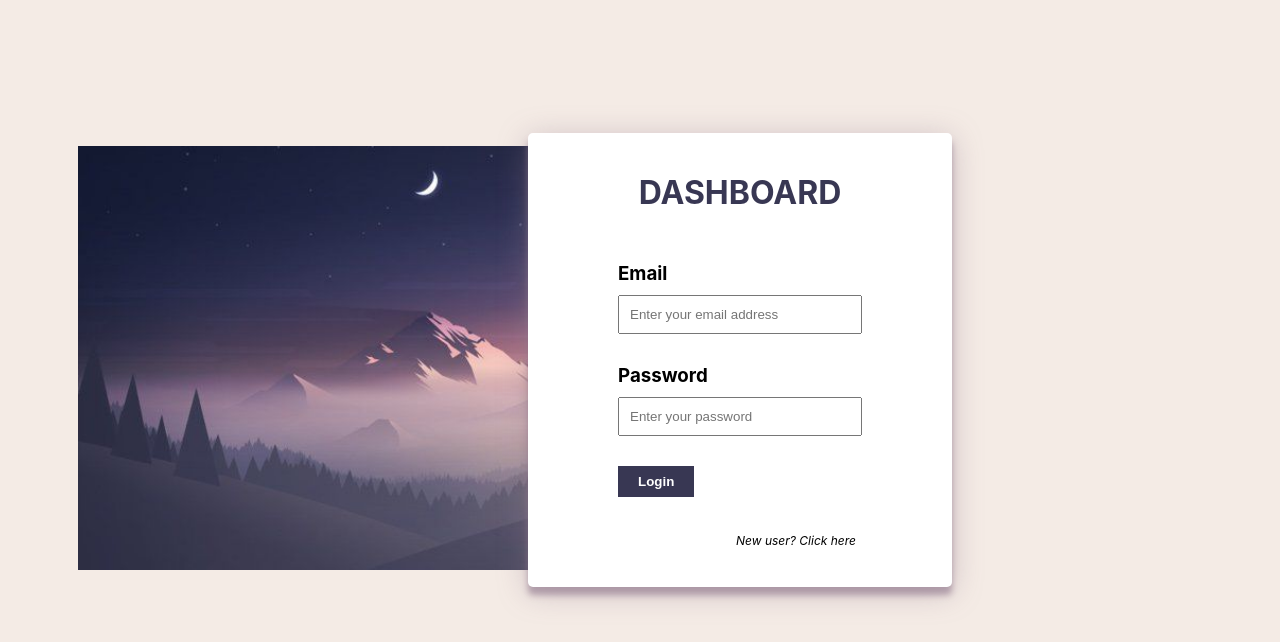
Repository: syni18/internshala-project
Page: /
The author's editor kept a copy of each file at every save. The page is drawn from the files as they stood at one save, then again after a run of saves.
The browser window is 1280 px wide. The pictures show the whole page.
The project was rebuilt for these pictures with package versions that can differ from the ones it lists, and the page was loaded fresh each time. Also part of the build but not shown: src/dashboard/sidebar.css, src/dashboard/Sidebar.jsx, src/home/home.css, src/home/Home.jsx, src/profile/profile.css, src/profile/Profile.jsx, src/todocal/TodoList.jsx, src/todocal/Todo.jsx and 4 more.

Above is the page before, as saved 2022-08-30 16:26:36.

### src/StateProvider.jsx
import { createContext, useContext, useState, useEffect } from "react";
import {
  signInWithEmailAndPassword,
  createUserWithEmailAndPassword,
  onAuthStateChanged,
  signOut,
  updateProfile,
  sendPasswordResetEmail,
} from "firebase/auth";
import { auth } from "./firebaseconfig";

export const UserContext = createContext({});

export const useUserContext = () => {
  return useContext(UserContext);
};

export const UserContextProvider = ({ children }) => {
  const [user, setUser] = useState(null);
  const [loading, setLoading] = useState(false);
  const [error, setError] = useState("");

  useEffect(() => {

    setLoading(true);
    const unsubscribe = onAuthStateChanged(auth, (res) => {
      if (res) {
        setUser(res);
      } else {
        setUser(null);
      }
      setError("");
      setLoading(false);
    });
    return unsubscribe;
  }, []);

  const registerUser = (email, password, name) => {
    setLoading(true);
    createUserWithEmailAndPassword(auth, email, password)
      .then(() =>
        updateProfile(auth.currentUser, {
          displayName: name,
        })
      )
      .then((res) => console.log(res))
      .catch((err) => setError(err.message))
      .finally(() => setLoading(false));
  };

  const signInUser = (email, password) => {
    setLoading(true);
    signInWithEmailAndPassword(auth, email, password)
      .then((res) => console.log(res))
      .catch((err) => setError(err.code))
      .finally(() => setLoading(false));
  };

  const logoutUser = () => {
    signOut(auth);
  };

  const forgotPassword = (email) => {
    return sendPasswordResetEmail(auth, email);
  };

  const contextValue = {
    user,
    loading,
    error,
    signInUser,
    registerUser,
    logoutUser,
    forgotPassword,
  };
  return (
    <UserContext.Provider value={contextValue}>{children}</UserContext.Provider>
  );
};

### src/login/Login.jsx
import React, { useRef } from "react";
import { useUserContext } from "../StateProvider";
import bgwall from '../images/bgwall.jpg'
import "./login.css";

function Login() {

  const emailRef = useRef();
  const psdRef = useRef();
  const { registerUser } = useUserContext();
  const { signInUser,  } = useUserContext();


  const onSubmit = (e) => {
    e.preventDefault();
    const email = emailRef.current.value;
    const password = psdRef.current.value;
    if (email && password) {
      registerUser(email, password);
    }
  };

  const onSignin = (e) => {
    e.preventDefault();
    const email = emailRef.current.value;
    const password = psdRef.current.value;
    if (email && password) {
      signInUser(email, password)
    };
  };


  return (
    <div className="login">
      <div className="login_img">
        <img src={bgwall} alt="" />
      </div>
      <div className="login_container">
        <h1>DASHBOARD</h1>
        <form onSubmit={onSubmit}>
          <h3>Email</h3>
          <input
            type="email"
            ref={emailRef}
            placeholder="Enter your email address"
          />
          <h3>Password</h3>
          <input
            type="password"
            ref={psdRef}
            placeholder="Enter your password"
          />

          <button onClick={onSignin}>Login</button>
          {/* <button class="btn" onClick={onSubmit}>Sign Up</button> */}
        </form>
      </div>
    </div>
  );
}

export default Login

### src/login/Auth.jsx
import React, { useState } from "react";
import Login from "./Login";
import SignUp from "./SignUp";
import './auth.css'
const Auth = () => {
  const [index, setIndex] = useState(false);
  const toggleIndex = () => {
    setIndex((prevState) => !prevState);
  };
  return (
    <div className="container">
      {!index ? <Login /> : <SignUp />}
      <p onClick={toggleIndex}>
        {!index ? "New user? Click here " : "Already have an acount?"}
      </p>
    </div>
  );
};

export default Auth;

### src/firebaseconfig.jsx
// import firebase from './firebase'
import {initializeApp} from 'firebase/app'
import {getAuth} from 'firebase/auth'


const firebaseConfig = {
  apiKey: "AIzaSyDVNoV1MkQllHisnoMCIAddM7Hvozm_pHI",
  authDomain: "internshala-project-b7454.firebaseapp.com",
  projectId: "internshala-project-b7454",
  storageBucket: "internshala-project-b7454.appspot.com",
  messagingSenderId: "542399112034",
  appId: "1:542399112034:web:14aea6166a26dbb89c823b",
  measurementId: "G-8Q498T4H87",
};

const app = initializeApp(firebaseConfig);


export const auth = getAuth(app);
export default app;

### src/login/login.css
.login {
    background-color: #F4EBE5;
    height: 100vh;
    width: 100vw;
    display: flex;
    justify-content: center;
    align-items: center;
}

.login_img img {
    width: 700px;
    /* border-radius: 100px; */
    transform: rotate(360deg)

}

.login_container {
    /* border: 3px solid rgb(56, 55, 83); */
    /* border-left: none; */
    position: relative;
    right: 250px;
    padding:90px;
    text-align: center;
    background-color: #fff;
    border-radius: 5px;
    box-shadow: 0 8px 6px rgb(143, 118, 140,0.6),
        0 5px 30px rgb(143, 118, 140,0.4);
}
.login_container h1 {
    display: flex;
    margin-top: -50px;
    margin-bottom: 50px;
    color: rgb(56, 55, 83);
    align-items: center;
    justify-content: center;
}
.login_container .btn{
    position: absolute;
    bottom: 4.5%;
    left: 0;
    width: 80%;
    padding: 10px 0;
    /* border-top-right-radius: 30px; */
    /* border-bottom-right-radius: 10px; */
    box-shadow: 0 8px 6px rgb(143, 118, 140, 0.6),
            0 5px 30px rgb(143, 118, 140, 0.4);
    cursor: pointer;
}
.login_container form {
    display: flex;
    flex-direction: column;
}
.login_container form h3 {
    text-align: left;
    margin-bottom: 10px;
}
.login_container  input {
    padding: 10px 10px;
    margin-bottom: 30px;
    outline: none;
    width: 220px;
}
.login_container button {
        background-color: rgb(56, 55, 83);
        color: white;
        border: none;
        padding: 8px 20px;
        width: max-content;
        font-weight: 600;
}

### src/todocal/todo.css
.dashboard_body {
    background-image: url("../images/dashboardSidebar.jpg");
        background-position:right;
        background-repeat: no-repeat;
        background-size:78%;
        overflow: scroll;

        /* border-bottom-right-radius: 10px; */
}

::-webkit-scrollbar {
    width: 20px;
}
::-webkit-scrollbar-thumb{
    display: none;
}
.forTodo h1 {
    margin: 20px 10px;
    display: flex;
    justify-content: space-between;
    align-items: center;
    position: sticky;
    top: 5%;
}
.todo_container {
    margin-top: 30px;
    display: flex;
    justify-content: flex-start;
    align-items: center;
    position: sticky;
    top: 17%;
    background: #fff;
}
.todo_container input {
    padding: 10px;
    width: 30%;
    outline: none;
    border: none;
    border-bottom: 2px solid salmon;
}
.todo_container  .MuiSvgIcon-root {
    color: #93c0be;
}
.todo_container .MuiSvgIcon-root:hover {
    color: rgb(110, 181, 5);
    transform: rotate(120deg);
}
.todo_list {
    margin-top: 15px;
    margin-left: 20px;
    font-size: 20px;


}
.todo_list ol {
    list-style: none;
    position: fixed;
    max-height: 380px;
    overflow: scroll;

}
.todo_list ol li {
    display: flex;
    justify-content: flex-start;
    align-items: center;
    font-weight: 300;
}
.todo_list ol li .MuiSvgIcon-root{
    padding-right: 20px;
    font-size: 30px;
}
.todo_list ol li .MuiSvgIcon-root:hover{
    color: rgb(248, 28, 28);
}

### src/login/auth.css
.container > p {
    position: absolute;
    top: 74%;
    left: 57.5%;
    font-size: 12px;
    font-style: italic;
    cursor: pointer;
}

Loaded but not shown: public/index.html (common file); src/index.js (common file); src/index.css (common file); src/App.js (common file); src/App.css (common file)

After the next 2 saves:
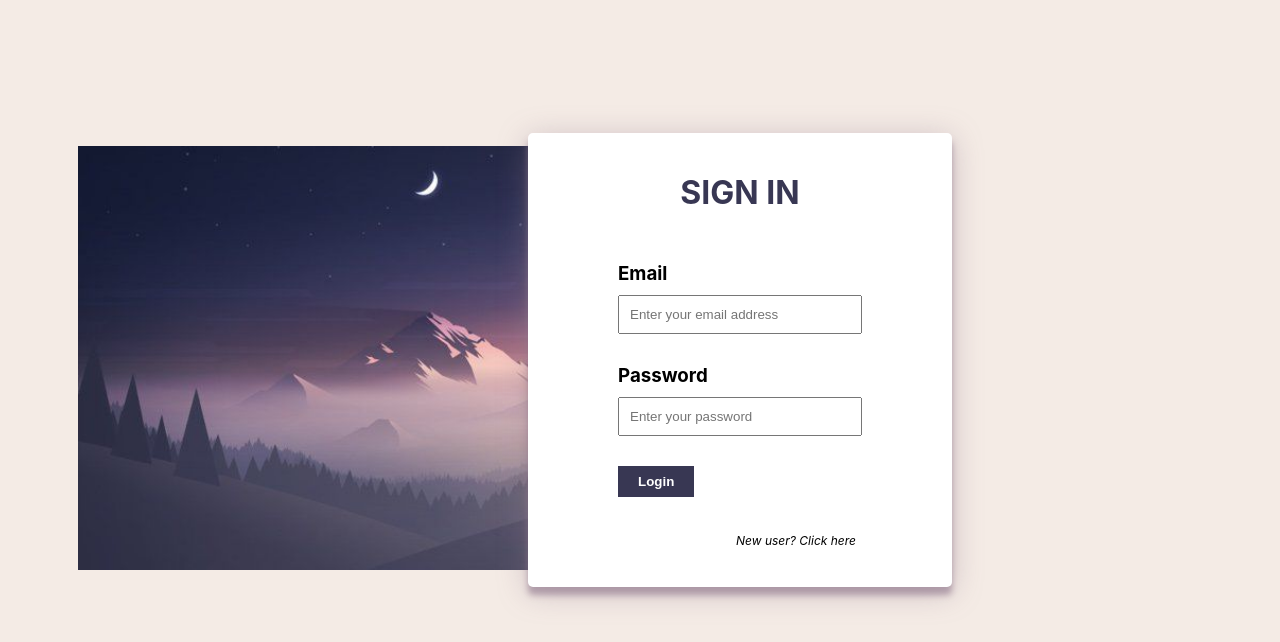
The 2 saves are shown as one change because they came seconds apart.
The last was saved 17 s later.
--- a/src/login/Login.jsx
+++ b/src/login/Login.jsx
@@ -36,7 +36,7 @@ function Login() {
         <img src={bgwall} alt="" />
       </div>
       <div className="login_container">
-        <h1>DASHBOARD</h1>
+        <h1>SIGN IN</h1>
         <form onSubmit={onSubmit}>
           <h3>Email</h3>
           <input
